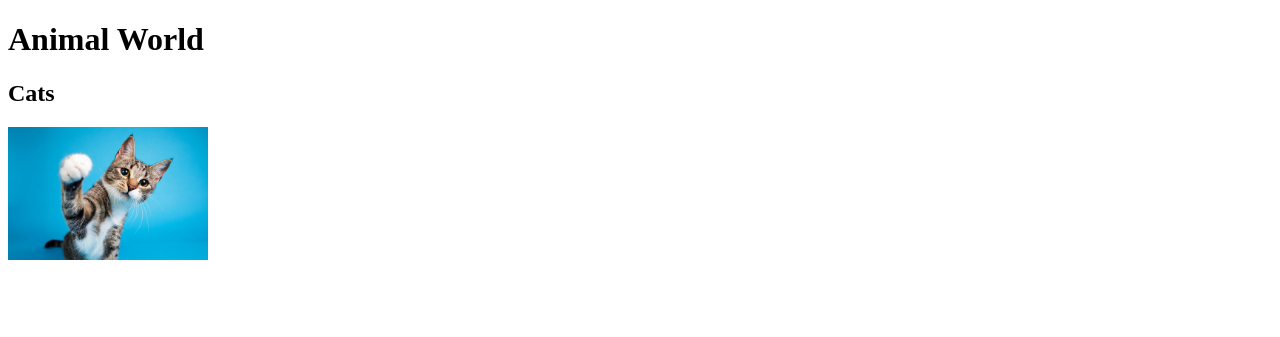
Repository: DhananjayaLakshan/Uom-Web_Design_For_Beginners
Page: Ajax/index.html
The author's editor kept a copy of each file at every save. The page is drawn from the files as they stood at one save, then again after the next save.
The browser window is 1280 px wide. The pictures show the whole page.

Above is the page before, as saved 2023-12-02 22:43:12.

After the next save:
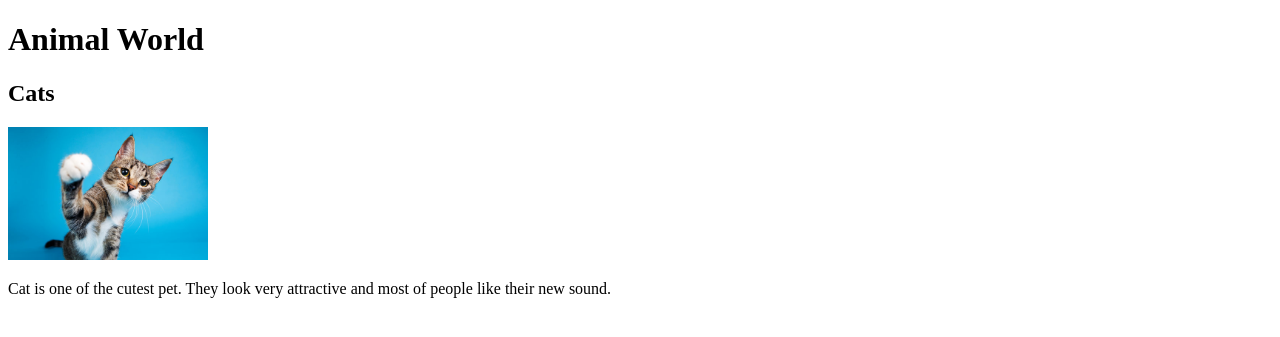
Saved 76 s later.
--- a/Ajax/index.html
+++ b/Ajax/index.html
@@ -10,6 +10,7 @@
     <h1>Animal World</h1>
     <p><h2>Cats</h2></p>
     <img src="cat.jpg" alt="cat" style="width: 200px;">
+    <div><p>Cat is one of the cutest pet. They look very attractive and most of people like their new sound. </p></div>
 
 
 </body>
